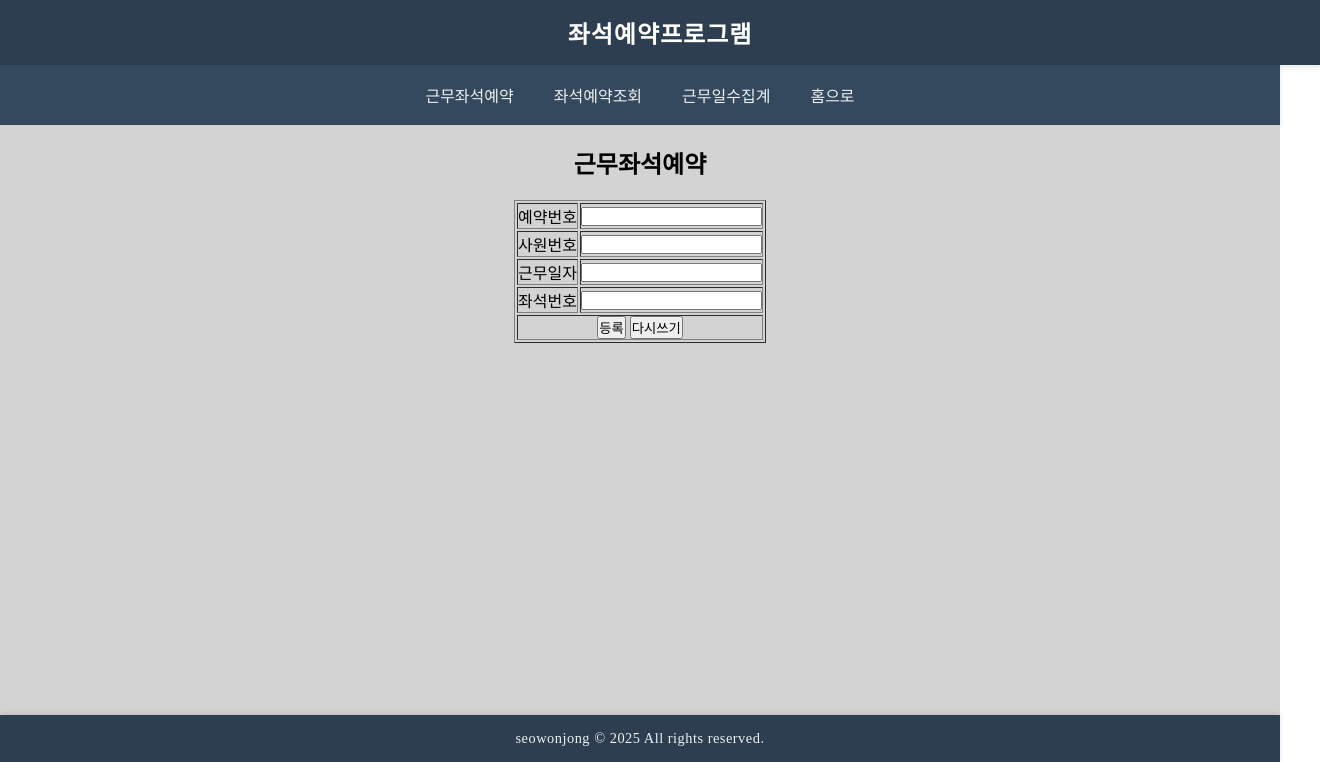
Repository: seowonjong/proje-ct
Page: http://localhost/seat/insert.jsp
An editor plug-in stored every save of this project. The page is shown before and after the next save, followed by the edit.
The browser window is 1280 px wide. The page is 1320 px wide, so the pictures cover 1320 px, including what lies to the right of the window. The pictures show the whole page.
The page is served by Tomcat 9.

Above is the page before, as saved 2025-08-25 01:53:41.

### seat/src/main/webapp/insert.jsp
<%@ page language="java" contentType="text/html; charset=UTF-8"
    pageEncoding="UTF-8"%>
<!DOCTYPE html>
<html>
<head>
<meta charset="UTF-8">
<title>insert</title>
<style>
*{
		margin: 0;
		padding: 0;
	}

	section{
		width: 100%;
		height: calc(100vh - 130px);
		background-color: lightgray;

	}

	section h2{
		padding: 20px;
		text-align: center;
	}
	form{
		display: flex;
		justify-content: center;
	}
</style>
</head>
<body>
<jsp:include page="header.jsp"></jsp:include>
	<jsp:include page="nav.jsp"></jsp:include>
	<section>
		<h2>근무좌석예약</h2>
		<form name="frm" action="action.jsp">
			<table border="1">
				<tr>
					<td>예약번호</td>
					<td><input type="text" name="resvno" style="height:100%"></td>
				</tr>
				<tr>
					<td>사원번호</td>
					<td><input type="text" name="emptno"></td>
				</tr>
				<tr>
					<td>근무일자</td>
					<td><input type="text" name="resvdate"></td>
				</tr>
				<tr>
					<td>좌석번호</td>
					<td><input type="text" name="seatno"></td>
				</tr>
				<tr>
					<td colspan="2" style="text-align:center">
						<input type="button" value="등록" onclick="insertCheck()">
						<input type="button" value="다시쓰기" onclick="insertReset()">
					</td>
				</tr>
			</table>
		</form>
	</section>
	<jsp:include page="footer.jsp"></jsp:include>
	<script type="text/javascript" src="check.js"></script>
</body>
</html>

### seat/src/main/webapp/header.jsp
<%@ page language="java" contentType="text/html; charset=UTF-8"
    pageEncoding="UTF-8"%>
<!DOCTYPE html>
<html>
<head>
<meta charset="UTF-8">
<title>header</title>
<style>
	/* header 스타일 */
	header {
		width: 100%;
		background: #2c3e50; /* 모던한 다크 블루 */
		color: #fff;
		padding: 15px 20px;
		text-align: center;
		box-shadow: 0 2px 5px rgba(0, 0, 0, 0.1);
	}

	header h3 {
		font-size: 1.5rem;
		font-weight: bold;
		letter-spacing: 1px;
	}
</style>
</head>
<body>
<header>
	<h3>좌석예약프로그램</h3>
</header>
</body>
</html>

### seat/src/main/webapp/nav.jsp
<%@ page language="java" contentType="text/html; charset=UTF-8"
    pageEncoding="UTF-8"%>
<!DOCTYPE html>
<html>
<head>
<meta charset="UTF-8">
<title>nav</title>
<style>
	/* nav 스타일 */
	nav {
		width: 100%;
		background: #34495e; /* 헤더보다 살짝 밝은 톤 */
		display: flex;
		justify-content: center; /* 메뉴 중앙 정렬 */
		align-items: center;
		padding: 10px 0;
		box-shadow: 0 2px 5px rgba(0, 0, 0, 0.1);
	}

	nav a {
		color: #ecf0f1; /* 밝은 글씨 */
		text-decoration: none;
		font-size: 1rem;
		padding: 8px 15px;
		margin: 0 5px;
		border-radius: 5px;
		transition: background 0.3s ease, color 0.3s ease;
	}

	nav a:hover {
		background: #1abc9c; /* 마우스 오버 시 강조색 */
		color: #fff;
	}
</style>
</head>
<body>
<nav>
	<a href="insert.jsp">근무좌석예약</a>
	<a href="slist.jsp">좌석예약조회</a>
	<a href="count.jsp">근무일수집계</a>
	<a href="index.jsp">홈으로</a>
</nav>
</body>
</html>

### seat/src/main/webapp/footer.jsp
<%@ page language="java" contentType="text/html; charset=UTF-8"
    pageEncoding="UTF-8"%>
<!DOCTYPE html>
<html>
<head>
<meta charset="UTF-8">
<title>footer</title>
<style>
	/* footer 스타일 */
	footer {
		width: 100%;
		background: #2c3e50; /* 헤더와 같은 색으로 톤 통일 */
		color: #ecf0f1;
		text-align: center;
		padding: 15px 0; /* 고정 height 대신 padding */
		font-size: 0.9rem;
		box-shadow: 0 -2px 5px rgba(0, 0, 0, 0.1);
		letter-spacing: 0.5px;
	}
</style>
</head>
<body>
<footer>
	seowonjong &copy; 2025 All rights reserved.
</footer>
</body>
</html>

### seat/src/main/webapp/check.js
function insertCheck() {
	if (document.frm.resvno.value == '') {
		alert("예약번호가 입력되지않았습니다.");
		document.frm.resvno.focus();
	}
	else if (document.frm.emptno.value == '') {
		alert("사원번호가 입력되지않았습니다.");
		document.frm.emptno.focus();
	}
	else if (document.frm.resvdate.value == '') {
		alert("근무일자가 입력되지않았습니다.");
		document.frm.resvdate.focus();
	}
	else if (document.frm.seatno.value == '') {
		alert("좌석번호가 입력되지않았습니다.");
		document.frm.seatno.focus();
	}
	else{
		alert("좌석예약정보가 등록되었습니다!");
		document.frm.submit();
	}
}

function insertReset(){
	alert("정보를 지우고 처음부터 다시 입력합니다!");
	document.frm.reset();
}

function listCheck(){
	if(document.list_frm.emptno.value == ''){
		alert("사원번호가 입력되지 않았습니다.");
		document.list_frm.emptno.focus();
	}
	else{
		document.list_frm.submit();
	}

}

After the next save:
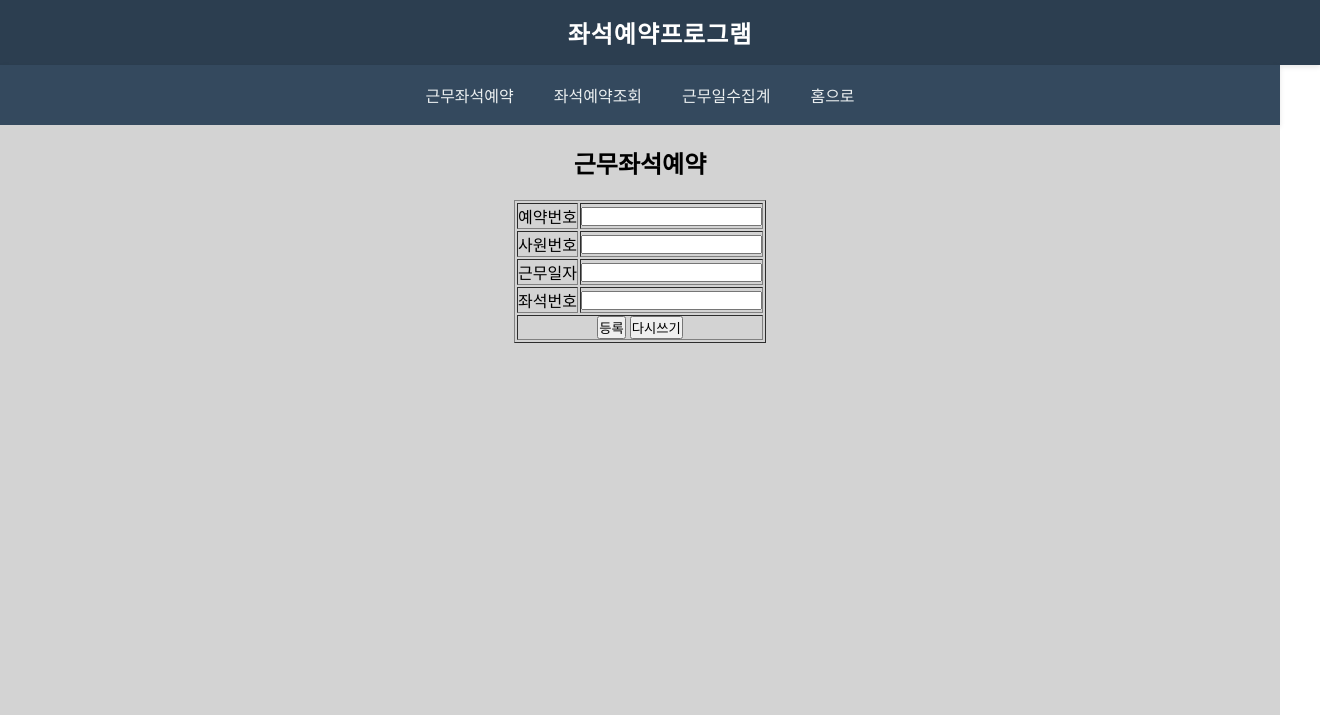
Saved 79 s later.
--- a/seat/src/main/webapp/footer.jsp
+++ b/seat/src/main/webapp/footer.jsp
@@ -6,22 +6,27 @@
 <meta charset="UTF-8">
 <title>footer</title>
 <style>
+	/* body를 flex 컨테이너로 설정 */
+	html, body {
+		height: 100%;
+		margin: 0;
+		padding: 0;
+		display: flex;
+		flex-direction: column;
+	}
+
 	/* footer 스타일 */
 	footer {
 		width: 100%;
-		background: #2c3e50; /* 헤더와 같은 색으로 톤 통일 */
+		background: #2c3e50; /* 헤더와 통일 */
 		color: #ecf0f1;
 		text-align: center;
-		padding: 15px 0; /* 고정 height 대신 padding */
+		padding: 15px 0;
 		font-size: 0.9rem;
 		box-shadow: 0 -2px 5px rgba(0, 0, 0, 0.1);
 		letter-spacing: 0.5px;
+		margin-top: auto; /* 화면 아래로 밀기 */
 	}
 </style>
 </head>
 <body>
-<footer>
-	seowonjong &copy; 2025 All rights reserved.
-</footer>
-</body>
-</html>
